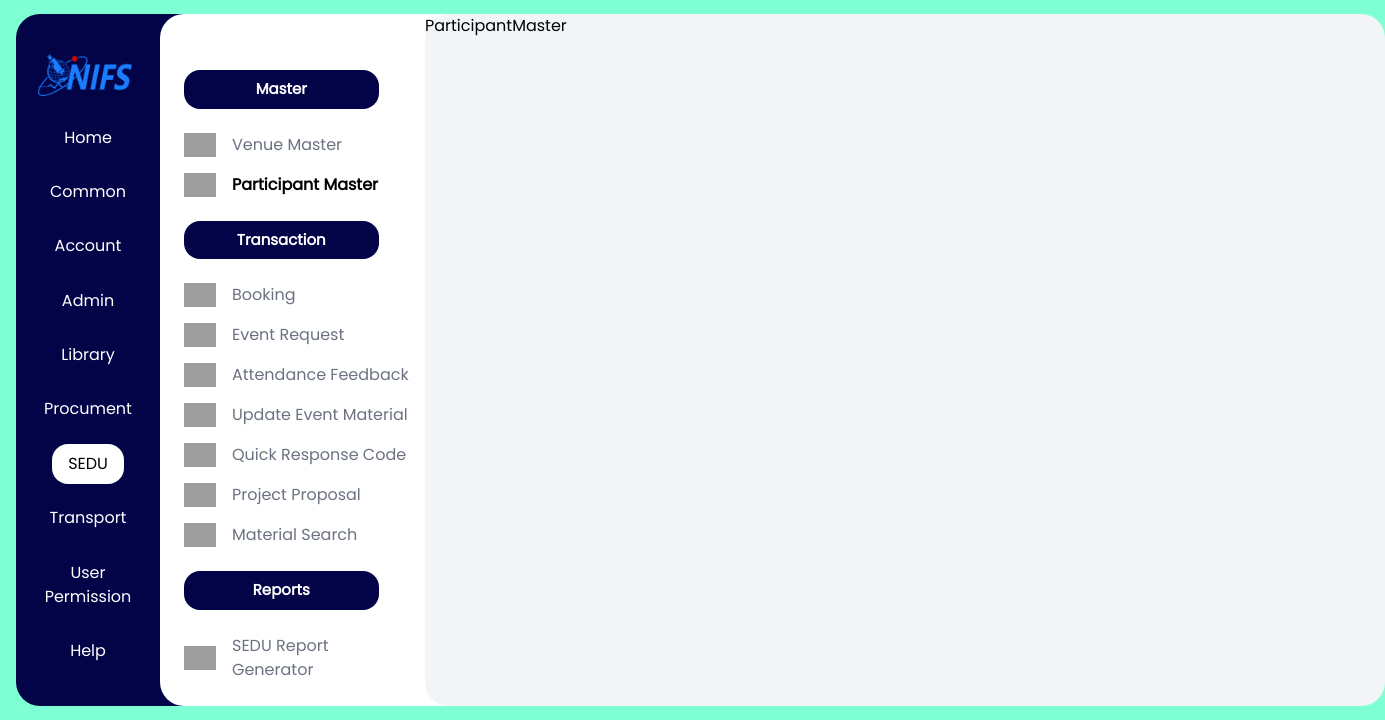
Repository: virangaj/NIFS-WebApp
Page: /sedu/participant-master (app in client/)
The author's editor kept a copy of each file at every save. The page is drawn from the files as they stood at one save, then again after the next save.
The browser window is 1280 px wide. The page is 1385 px wide, so the pictures cover 1385 px, including what lies to the right of the window. The pictures show the whole page.
Pictures or frames that could not be fetched are drawn as grey boxes. The project was rebuilt for these pictures with package versions that can differ from the ones it lists, and the page was loaded fresh each time. Also part of the build but not shown: client/src/pages/Login.tsx, client/src/pages/Home.tsx, client/src/components/Transport/shared/TransportNavbar.js, client/src/pages/TransportMainPage.tsx, client/src/pages/CommonMainPage.tsx, client/src/pages/AccountMainPage.tsx, client/src/pages/AdminMainPage.tsx, client/src/pages/LibraryMainPage.js and 14 more.

Above is the page before, as saved 2022-07-31 00:12:57.

### client/public/index.html
<!DOCTYPE html>
<html lang="en">
	<head>
		<meta charset="utf-8" />
		<link rel="icon" href="nifs_logo.png" />
		<meta name="viewport" content="width=device-width, initial-scale=1" />
		<meta name="theme-color" content="#000000" />
		<meta
			name="description"
			content="Web site created using create-react-app"
		/>
		<link rel="apple-touch-icon" href="%PUBLIC_URL%/logo192.png" />
		<!--
      manifest.json provides metadata used when your web app is installed on a
      user's mobile device or desktop. See https://developers.google.com/web/fundamentals/web-app-manifest/
    -->
		<link rel="manifest" href="%PUBLIC_URL%/manifest.json" />
		<!--
      Notice the use of %PUBLIC_URL% in the tags above.
      It will be replaced with the URL of the `public` folder during the build.
      Only files inside the `public` folder can be referenced from the HTML.

      Unlike "/favicon.ico" or "favicon.ico", "%PUBLIC_URL%/favicon.ico" will
      work correctly both with client-side routing and a non-root public URL.
      Learn how to configure a non-root public URL by running `npm run build`.
    -->
		<link
			href="https://fonts.googleapis.com/css?family=Poppins"
			rel="stylesheet"
		/>
		<title>NIFS Dashboard</title>
	</head>
	<body>
		<noscript>You need to enable JavaScript to run this app.</noscript>
		<div id="root"></div>
		<!--
      This HTML file is a template.
      If you open it directly in the browser, you will see an empty page.

      You can add webfonts, meta tags, or analytics to this file.
      The build step will place the bundled scripts into the <body> tag.

      To begin the development, run `npm start` or `yarn start`.
      To create a production bundle, use `npm run build` or `yarn build`.
    -->
	</body>
</html>

### client/src/index.css
@tailwind base;
@tailwind components;
@tailwind utilities;

* {
  margin: 0;
}

body {
  font-family: 'Poppins';
  -webkit-font-smoothing: antialiased;
  -moz-osx-font-smoothing: grayscale;
  background-color: #dfe7ee;

}

::-webkit-scrollbar {
  display: none;
}


:root {
  --main-navbar-back: #030347;
  --nav-title-section-back: rgba(47, 163, 72, 0.589);
  --white: #fff;
  --black: #000;
  --gray: rgba(68, 68, 68, 0.432);
  --border-radius: 10px;
  --pimary: rgb(10, 94, 133);
  --warning: #ed3d63;
  --secondary-nav-color: rgb(255, 255, 255);
  --body-content-bg: #f2f5f8;
}


.nav-logo {
  width: 100px;
  height: auto;
  margin-bottom: 2vh;
}

a {
  text-decoration: none;
}



/* main navbar */
.main-nav-bg {
  background-color: var(--main-navbar-back) !important;
}

.main-navbar {
  background-color: var(--main-navbar-back) !important;
  width: 100% !important;
  height: 80px !important;

}

/* secondary navbar */

.sec-nav-bg {
  background-color: var(--secondary-nav-color);
}

.secondary-navbar {
  margin: auto;
}

.nav-flex-section {
  display: -webkit-flex;
  display: -ms-flexbox;
  display: flex;
  -webkit-flex-wrap: wrap;
  -ms-flex-wrap: wrap;
  flex-wrap: wrap;
  justify-content: center;
}

.nav-flex-inside {
  margin-left: 5px;
  margin-left: 5px;
}

.nav-title {
  font-size: 15px;
  text-align: center;
  color: var(--white);
  font-weight: 600;

}

.nav-title-section {
  /* border-radius: var(--border-radius);
  background-color: var(--nav-title-section-back);
  box-shadow: rgba(100, 100, 111, 0.2) 0px 7px 29px 0px;
  pointer-events: none;
  margin-left: 10px;
  margin-left: 10px; */
  background-color: var(--main-navbar-back);
}

.nav-icon {
  width: 40px;
}

.nav-link {
  display: flex;
  display: -webkit-flex;
  display: -ms-flexbox;
  flex-direction: column;
  align-items: center;
  font-size: 14px;
  margin-left: 5px;
  margin-right: 5px;
  border: none;
  box-shadow: rgba(100, 100, 111, 0.2) 0px 7px 29px 0px;
  padding: 4px 8px 6px 8px;
  margin-bottom: 10px;
  text-align: center;
  width: 125px;
  border-radius: var(--border-radius);
  background-color: var(--white);
  outline: none;
  min-height: 120px;
}

.nav-link:hover {
  color: var(--pimary);
  cursor: pointer;
  box-shadow: rgba(81, 146, 177, 0.2) 0px 7px 29px 0px;
  background-color: rgb(254, 255, 205);
  border-bottom: 2px solid var(--warning);
}


.nav-link:active {
  color: var(--pimary);
  cursor: pointer;
  box-shadow: rgba(81, 146, 177, 0.2) 0px 7px 29px 0px;
  background-color: rgb(205, 248, 255);
  border-bottom: 2px solid var(--warning);
}

.nav-link-active {
  color: var(--pimary);
  cursor: pointer;
  box-shadow: rgba(81, 146, 177, 0.2) 0px 7px 29px 0px;
  background-color: rgb(205, 248, 255);
  border-bottom: 2px solid var(--warning);
}

/* body content*/
.body-content {
  margin: auto;
  width: 90%;
  margin-top: 12vh;

}

/* main page content */
.main-content {
  width: 90%;
  margin: auto;
  margin-top: 20px;
}

/* sub page content */

.sub-body-content {
  border: 2px solid var(--gray);
  border-radius: var(--border-radius);
  padding: 10px;
}

.sub-body-title {
  font-size: 24px;
}



/* error page */
.error-page {
  border: 2px solid var(--gray);
  border-radius: var(--border-radius);
  height: 50vh;
  width: 50vw;
  margin: auto;
  margin-top: 50px;
}

.error-page-content {
  display: flex;
  flex-direction: column;
  align-items: center;
  text-align: center !important;
  margin-top: 50px;
}

.error-page-content h1 {
  font-size: 100px;
  color: var(--warning);
  font-weight: 700;
  pointer-events: none;

}

.error-page-content p {
  font-size: 20px;
  margin-bottom: 20px;
  pointer-events: none;
}


@media screen and (max-width: 1366px) {
  body {
    background-color: aquamarine;
  }

  .nav-link {
    font-size: 12px;
    padding: 4px 4px 6px 4px;
    width: 100px;
    min-height: 100px;
  }

  .nav-icon {
    width: 35px;
  }
}

### client/src/App.tsx
import React, { useEffect } from 'react';
import Navbar from './components/shared/Navbar';
import Login from './pages/Login'
import { BrowserRouter as Router, Route, Routes } from 'react-router-dom'
import Home from './pages/Home';
import TransportMainPage from './pages/TransportMainPage';
import CommonMainPage from './pages/CommonMainPage';
import AccountMainPage from './pages/AccountMainPage';
import AdminMainPage from './pages/AdminMainPage';
import LibraryMainPage from './pages/LibraryMainPage';
import ProcumentMainPage from './pages/ProcumentMainPage';
import SeduMainPage from './pages/SeduMainPage';
import UserPermissionMainPage from './pages/UserPermissionMainPage';
import NotificationMainPage from './pages/NotificationMainPage';
import HelpMainPage from './pages/HelpMainPage';
import ErrorPage from './pages/ErrorPage';
import VerticalMainNavbar from './components/shared/VerticalMainNavbar';


function App() {


  return (
    <div className='w-[98%] flex mx-auto flex-col h-[100vh]'>
      <Router>
        {/* <Navbar /> */}
        <div>
          <VerticalMainNavbar />
        </div>
        <div className='overflow-y-scroll ml-4 scroll-bar'>
          <Routes>
            <Route path="/login" element={<Login />} />
            <Route path="/" element={<Home />} />
            <Route path="/common/*" element={<CommonMainPage />} />
            <Route path="/account/*" element={<AccountMainPage />} />
            <Route path="/admin/*" element={<AdminMainPage />} />
            <Route path="/library/*" element={<LibraryMainPage />} />
            <Route path="/procument/*" element={<ProcumentMainPage />} />
            <Route path="/sedu/*" element={<SeduMainPage />} />
            <Route path="/transport/*" element={<TransportMainPage />} />
            <Route
              path="/user-permission/*"
              element={<UserPermissionMainPage />}
            />
            <Route
              path="/notification/*"
              element={<NotificationMainPage />}
            />
            <Route path="/help/*" element={<HelpMainPage />} />
            <Route path="/error-404" element={<ErrorPage />} />
          </Routes>
        </div>


      </Router>
    </div>
  );
}

export default App;

### client/src/pages/SeduMainPage.tsx
import React from 'react';
import { Route, Routes } from 'react-router-dom';
import AttendanceFeedback from '../components/sedu/AttendanceFeedback';
import EventRequest from '../components/sedu/EventRequest';
import MaterialSearch from '../components/sedu/MaterialSearch';
import ParticipantMaster from '../components/sedu/ParticipantMaster';
import ProjectProposal from '../components/sedu/ProjectProposal';
import QuickResponseCode from '../components/sedu/QuickResponseCode';
import SeduBooking from '../components/sedu/SeduBooking';
import SeduReportGenerator from '../components/sedu/SeduReportGenerator';
import SeduSecondaryNavbar from '../components/sedu/shared/SeduSecondaryNavbar';
import UpdateEventMaterial from '../components/sedu/UpdateEventMaterial';
import VenueMaster from '../components/sedu/VenueMaster';
import SecondaryNavbar from '../components/shared/SecondaryNavbar';
import Pages from '../components/data/SeduNavData.json'
import VerticalSecondaryNavbar from '../components/shared/VerticalSecondaryNavbar';

// sedu main page where all other section of sedu department can be access from here
function SeduMainPage() {
	// console.log(Pages);


	return (

		<div >
			{/* <SeduSecondaryNavbar /> */}
			{/* <SecondaryNavbar pages={Pages} /> */}
			{/* <div className="main-content"> */}
			<div className='secondary-nav-position'>
				<VerticalSecondaryNavbar pages={Pages} />
			</div>
			<div className='absolute left-[425px] top-[2vh] bg-body-content-bg w-[75vw] h-[96vh] rounded-3xl'>
				<Routes>
					<Route path="/venue-master" element={<VenueMaster />} />
					<Route path="/participant-master" element={<ParticipantMaster />} />
					<Route path="/booking" element={<SeduBooking />} />
					<Route path="/event-request" element={<EventRequest />} />
					<Route path="/attendance-feedback" element={<AttendanceFeedback />} />
					<Route path="/update-material" element={<UpdateEventMaterial />} />
					<Route path="/quick-response" element={<QuickResponseCode />} />
					<Route path="/project-proposal" element={<ProjectProposal />} />
					<Route path="/material-search" element={<MaterialSearch />} />
					<Route path="/report-generator" element={<SeduReportGenerator />} />

				</Routes>
			</div>
		</div >);
}

export default SeduMainPage;

### client/src/components/shared/VerticalMainNavbar.tsx
import { Button } from '@mui/material'
import React from 'react'
import { Link, useLocation } from 'react-router-dom'
import Pages from '../data/MainNavPages.json'
import { HiMenuAlt2 } from "react-icons/hi";
import Logo from '../../images/nifs_logo.png'


function VerticalMainNavbar() {

    const location: any = useLocation();

    return (
        <>
            <div className='fixed left-0 w-48 top-[2vh] main-nav-bg ml-4 rounded-l-3xl'>
                <div className='h-[96vh] w-36 flex flex-col items-center py-10 px-2'>
                    <Link to='/'>
                        <img src={Logo} alt="logo" className="nav-logo" />
                    </Link>
                    {Pages.map((page, index) => (
                        location.pathname.split('/')[1] === page.link.split('/')[1] ?
                            <Link to={page.link} style={{ textDecoration: 'none' }} key={index}>
                                <button className='bg-white my-[1vh] px-4 py-2 rounded-2xl text-black'>
                                    {page.title}
                                </button>
                            </Link>
                            :
                            <Link to={page.link} style={{ textDecoration: 'none' }} key={index}>
                                <button className='my-[1vh] px-4 py-2 rounded-2xl text-white'>

                                    {page.title}
                                </button>
                            </Link>
                    ))}
                </div>
            </div>
            {/* <div className='fixed left-0 w-24 top-[2vh] visible md:invisible main-nav-bg ml-2 rounded-l-3xl'>
                <div className='h-[96vh] w-20 flex flex-col items-center py-10 px-2'>
                    <p className='text-white text-2xl cursor-pointer'>

                        <HiMenuAlt2 />
                    </p>


                </div>
            </div> */}
        </>
    )
}

export default VerticalMainNavbar

### client/src/components/shared/VerticalSecondaryNavbar.tsx
import React from 'react'
import Box from '@mui/material/Box';
import { Link, useLocation } from 'react-router-dom';
import Employees from '../data/Employee.json';

function VerticalSecondaryNavbar(props: any) {
    console.log(props.pages)
    const location = useLocation();
    const user = Employees[0];
    // const isAdmin: Boolean = user.deparment.toUpperCase() === location.pathname.split('/')[1].toUpperCase() && user.admin === true;
    const isAdmin: Boolean = true;

    console.log(isAdmin)
    const pages: any = props.pages;
    return (
        <div className='fixed left-0 w-72 top-[2vh] sec-nav-bg ml-40 rounded-l-3xl'>
            <div className='h-[96vh] w-[90%] flex flex-col items-start ml-4 py-10 px-2'>

                {pages.map((content: any, index: number) =>
                    <>
                        <div className='my-4 w-[80%] py-2 px-4 rounded-2xl nav-title-section'>
                            <p className='nav-title'>{content.section}</p>
                        </div>
                        {content.routes.map((page: any, i: number) => (
                            isAdmin ? <Link to={page.link} key={i}>
                                <div className='flex items-center'>
                                    <img src={page.img} alt={page.title} className='w-8' />
                                    <button className={location.pathname === page.link ? 'px-4 py-2 rounded-2xl text-black font-semibold text-left hover:text-blue-500 hover:font-semibold' : 'text-gray-500 px-4 py-2 text-left hover:text-blue-500 hover:font-semibold'}>{page.title}</button>
                                </div>
                            </Link> : (!page.only_admin ? <Link to={page.link} key={i}>
                                <div className='flex items-center'>
                                    <img src={page.img} alt={page.title} className='w-8' />
                                    <button className={location.pathname === page.link ? 'px-4 py-2 rounded-2xl text-black font-semibold text-left hover:text-blue-500 hover:font-semibold' : 'text-gray-500 px-4 py-2 text-left hover:text-blue-500 hover:font-semibold'}>{page.title}</button>
                                </div>
                            </Link> : "")
                        ))}
                    </>

                )}

            </div>

        </div>
    )
}

export default VerticalSecondaryNavbar

### client/src/components/sedu/ParticipantMaster.tsx
import React from 'react'

function ParticipantMaster() {
    return (
        <div>ParticipantMaster</div>
    )
}

export default ParticipantMaster

### client/src/components/data/SeduNavData.json
[
    {
        "section": "Master",
        "only_admin": false,
        "routes": [
            {
                "title": "Venue Master",
                "link": "/sedu/venue-master",
                "img": "https://img.icons8.com/fluency/50/000000/home.png",
                "only_admin": false
            },
            {
                "title": "Participant Master",
                "link": "/sedu/participant-master",
                "img": "https://img.icons8.com/fluency/50/000000/conference-foreground-selected.png",
                "only_admin": false
            }
        ]
    },
    {
        "section": "Transaction",
        "only_admin": false,
        "routes": [
            {
                "title": "Booking",
                "link": "/sedu/booking",
                "img": "https://img.icons8.com/fluency/50/000000/calendar-plus.png",
                "only_admin": false
            },
            {
                "title": "Event Request",
                "link": "/sedu/event-request",
                "img": "https://img.icons8.com/fluency/50/000000/invite.png",
                "only_admin": false
            },
            {
                "title": "Attendance Feedback",
                "link": "/sedu/attendance-feedback",
                "img": "https://img.icons8.com/fluency/50/000000/feedback-hub.png",
                "only_admin": false
            },
            {
                "title": " Update Event Material",
                "link": "/sedu/update-material",
                "img": "https://img.icons8.com/fluency/50/000000/available-updates.png",
                "only_admin": false
            },
            {
                "title": "Quick Response Code",
                "link": "/sedu/quick-response",
                "img": "https://img.icons8.com/fluency/50/000000/barcode-scanner.png",
                "only_admin": false
            },
            {
                "title": "Project Proposal",
                "link": "/sedu/project-proposal",
                "img": "https://img.icons8.com/fluency/50/000000/documents.png",
                "only_admin": false
            },
            {
                "title": "Material Search",
                "link": "/sedu/material-search",
                "img": "https://img.icons8.com/fluency/50/000000/search.png",
                "only_admin": false
            }
        ]
    },
    {
        "section": "Reports",
        "only_admin": true,
        "routes": [
            {
                "title": "SEDU Report Generator",
                "link": "/sedu/report-generator",
                "img": "https://img.icons8.com/cute-clipart/50/000000/load-from-file.png",
                "only_admin": true
            }
        ]
    }
]

### client/src/components/data/MainNavPages.json
[
    {
        "id": 0,
        "title": "Home",
        "link": "/"
    },
    {
        "id": 1,
        "title": "Common",
        "link": "/common"
    },
    {
        "id": 2,
        "title": "Account",
        "link": "/account"
    },
    {
        "id": 3,
        "title": "Admin",
        "link": "/admin"
    },
    {
        "id": 4,
        "title": "Library",
        "link": "/library"
    },
    {
        "id": 5,
        "title": "Procument",
        "link": "/procument"
    },
    {
        "id": 6,
        "title": "SEDU",
        "link": "/sedu"
    },
    {
        "id": 7,
        "title": "Transport",
        "link": "/transport"
    },
    {
        "id": 8,
        "title": "User Permission",
        "link": "/user-permission"
    },
    {
        "id": 10,
        "title": "Help",
        "link": "/help"
    }
]

### client/src/components/data/Employee.json
[
    {
        "id": 0,
        "value": "Mr. Kamal",
        "admin": true,
        "deparment": "Transpoort"
    },
    {
        "id": 1,
        "value": "Mr. Sunil",
        "admin": true,
        "deparment": "SEDU"
    },
    {
        "id": 2,
        "value": "Mr. Kusal",
        "admin": false,
        "deparment": "Transpoort"
    },
    {
        "id": 3,
        "value": "Mrs. Nayana",
        "admin": false,
        "deparment": "SEDU"
    },
    {
        "id": 4,
        "value": "Miss Rashmi",
        "admin": false,
        "deparment": "Transpoort"
    }
]

### client/tailwind.config.js
/** @type {import('tailwindcss').Config} */
module.exports = {
	content: ['./src/**/*.{js,jsx,ts,tsx}'],
	theme: {
		extend: {
			colors: {
				'body-content-bg': 'var(--body-content-bg)',
			},
		},
	},
	plugins: [],
};

Loaded but not shown: client/src/index.tsx (common file); client/src/reportWebVitals.ts (common file)

After the next save:
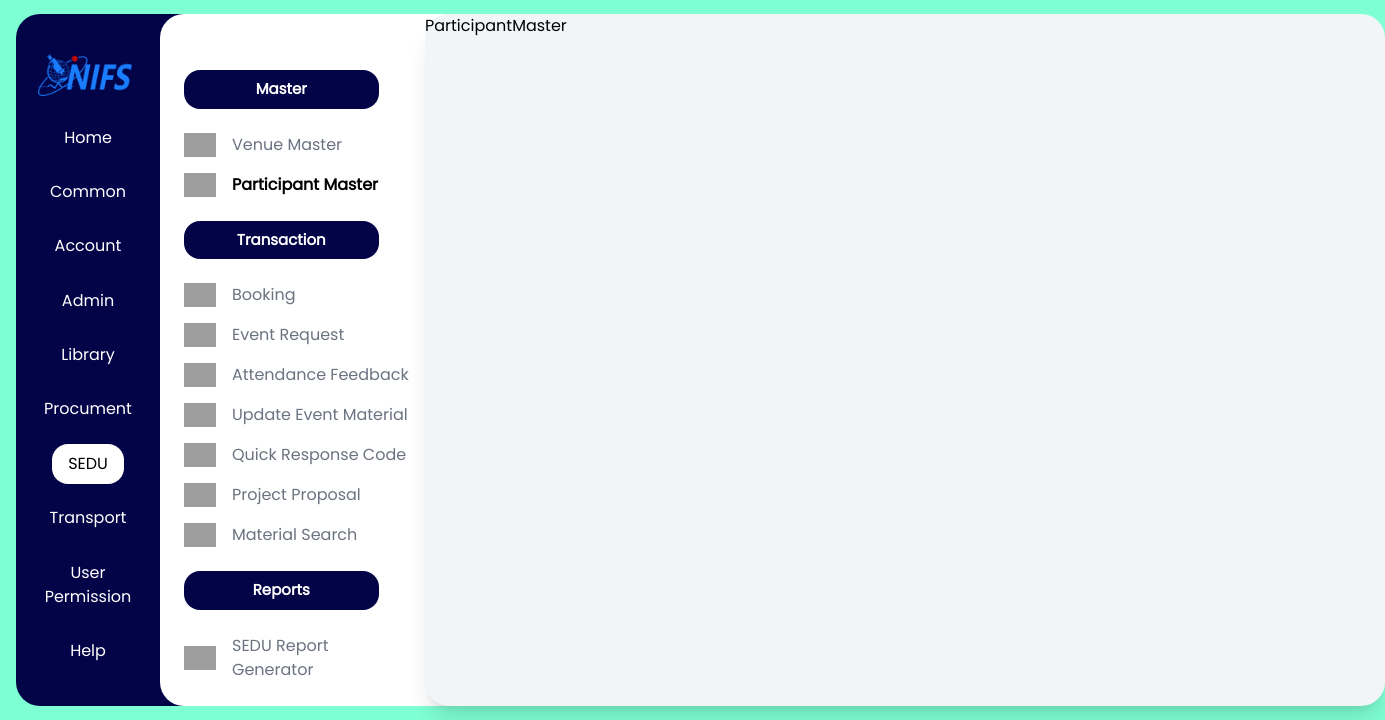
Saved 79 s later.
--- a/client/src/pages/SeduMainPage.tsx
+++ b/client/src/pages/SeduMainPage.tsx
@@ -29,7 +29,7 @@ function SeduMainPage() {
 			<div className='secondary-nav-position'>
 				<VerticalSecondaryNavbar pages={Pages} />
 			</div>
-			<div className='absolute left-[425px] top-[2vh] bg-body-content-bg w-[75vw] h-[96vh] rounded-3xl'>
+			<div className='absolute left-[425px] top-[2vh] bg-body-content-bg w-[75vw] h-[96vh] rounded-3xl shadow-xl'>
 				<Routes>
 					<Route path="/venue-master" element={<VenueMaster />} />
 					<Route path="/participant-master" element={<ParticipantMaster />} />

After the save that followed:
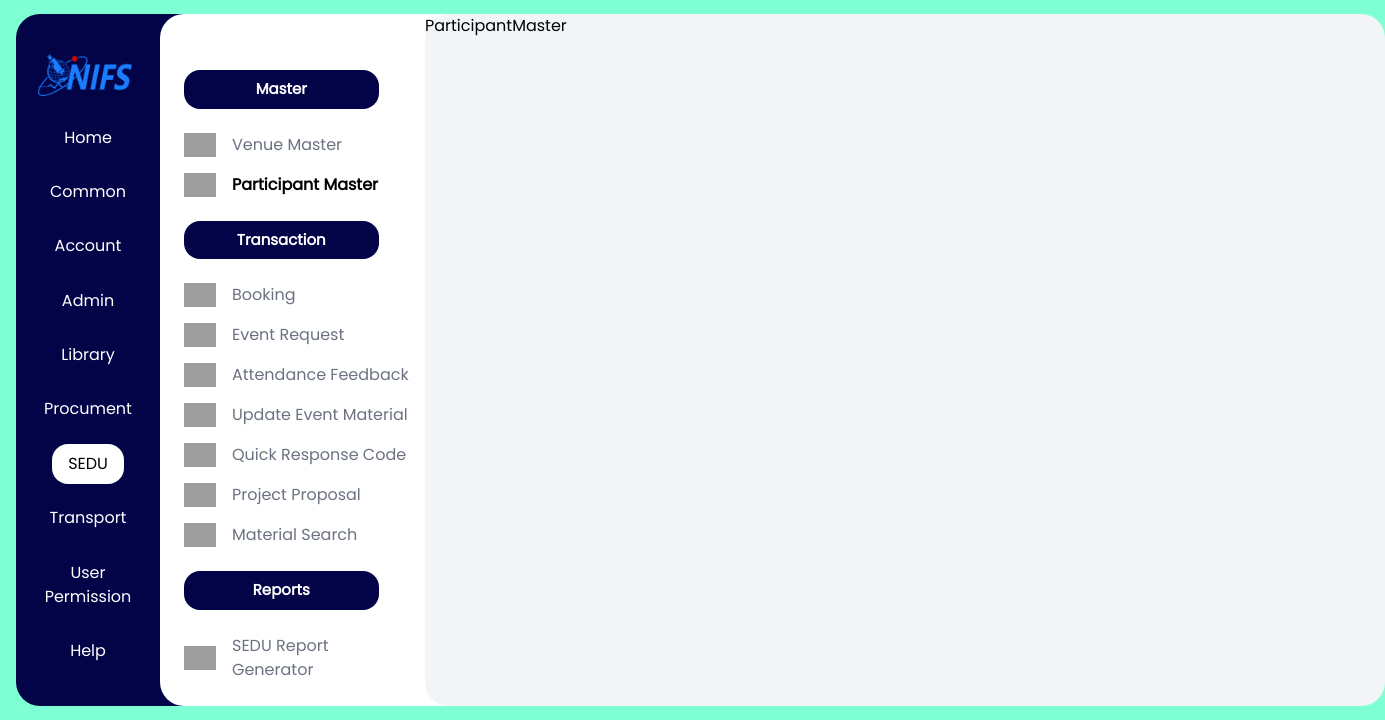
Saved 13 s later.
--- a/client/src/pages/SeduMainPage.tsx
+++ b/client/src/pages/SeduMainPage.tsx
@@ -29,7 +29,7 @@ function SeduMainPage() {
 			<div className='secondary-nav-position'>
 				<VerticalSecondaryNavbar pages={Pages} />
 			</div>
-			<div className='absolute left-[425px] top-[2vh] bg-body-content-bg w-[75vw] h-[96vh] rounded-3xl shadow-xl'>
+			<div className='absolute left-[425px] top-[2vh] bg-body-content-bg w-[75vw] h-[96vh] rounded-3xl'>
 				<Routes>
 					<Route path="/venue-master" element={<VenueMaster />} />
 					<Route path="/participant-master" element={<ParticipantMaster />} />
